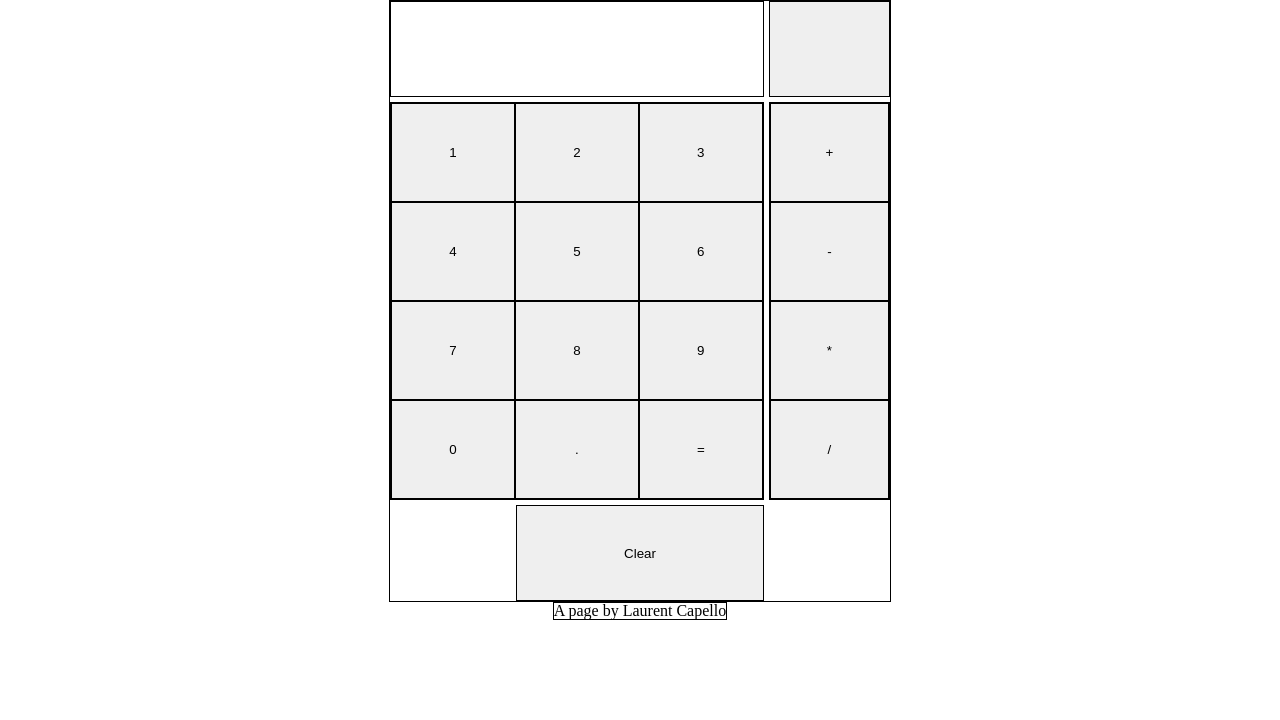
Repository: sokafootball/js-calculator
Page: index.html
The author's editor kept a copy of each file at every save. The page is drawn from the files as they stood at one save, then again after the next save.
The browser window is 1280 px wide. The pictures show the whole page.

Above is the page before, as saved 2020-04-26 12:32:28.

After the next save:
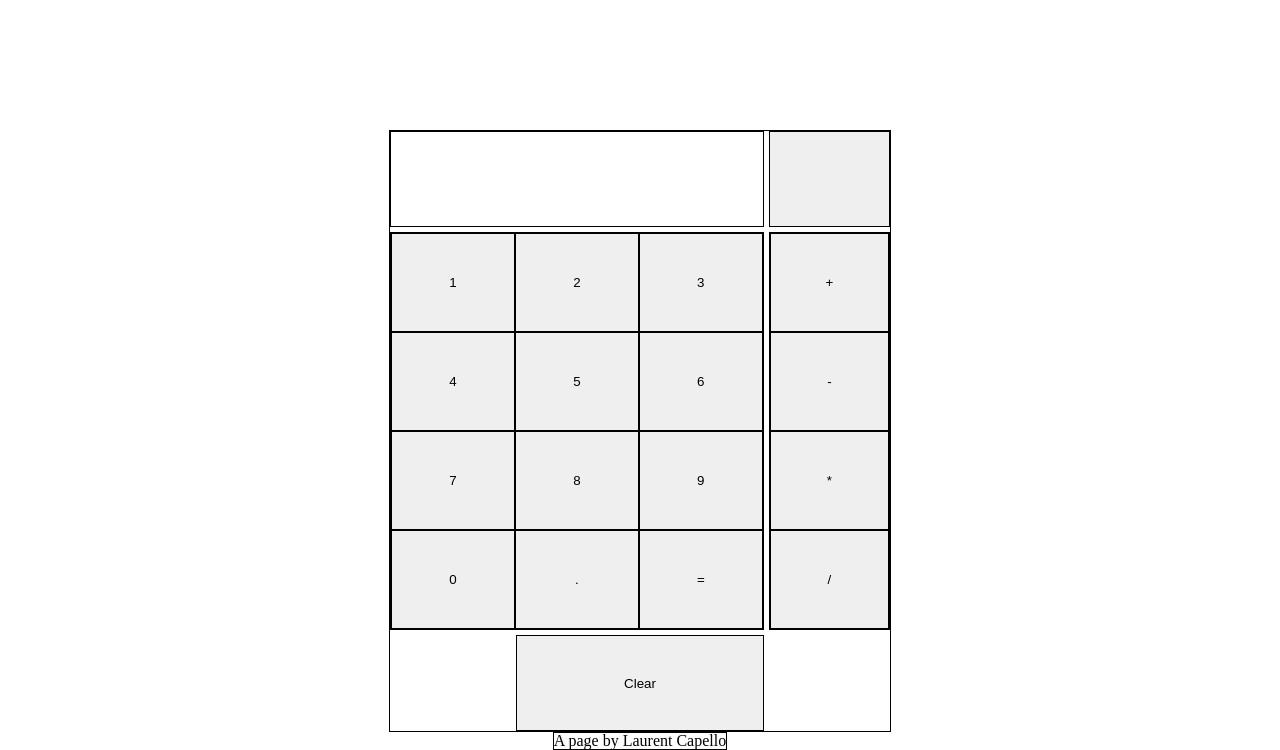
Saved 41 s later.
--- a/style.css
+++ b/style.css
@@ -33,6 +33,7 @@ body{
   grid-template-columns: repeat(4, 1fr);
   grid-template-rows: repeat(6, 1fr);
   height: 600px;
+  margin-top: 130px;
   width: 500px;
 }
 
